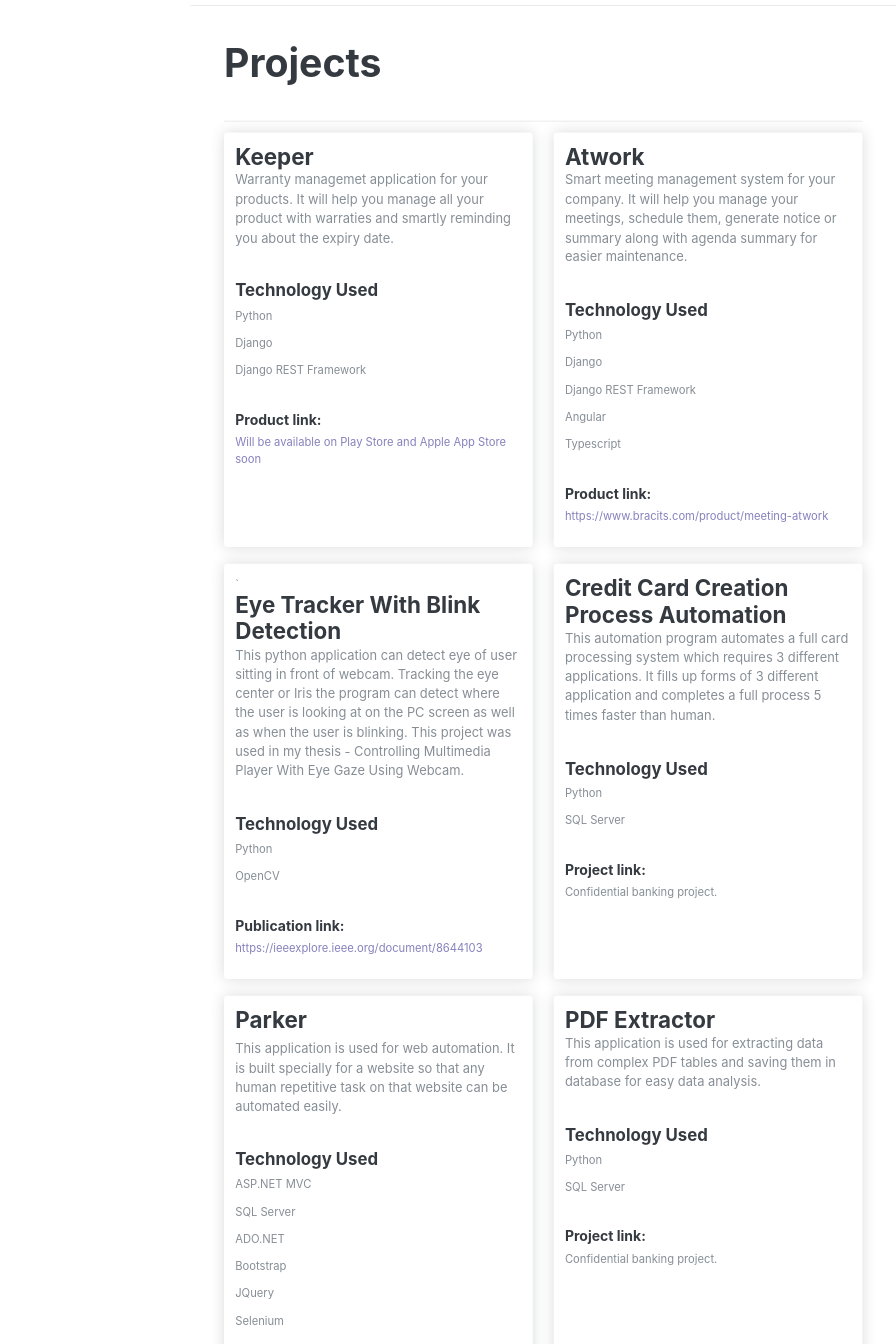
Repository: xahin96/xahin96.github.io
Page: index.html
An editor plug-in stored every save of this project. The page is shown before and after the next save, followed by the edit.
The browser window is 1280 px wide. The pictures show the part of the page from y = 3408 to 5328 px (the page is 5499 px tall before and 5515 px after), at 70% of full size.
Some web fonts or font styles are not loaded; a fallback is used.

Above is the page before, as saved 2024-04-27 12:49:48.

After the next save:
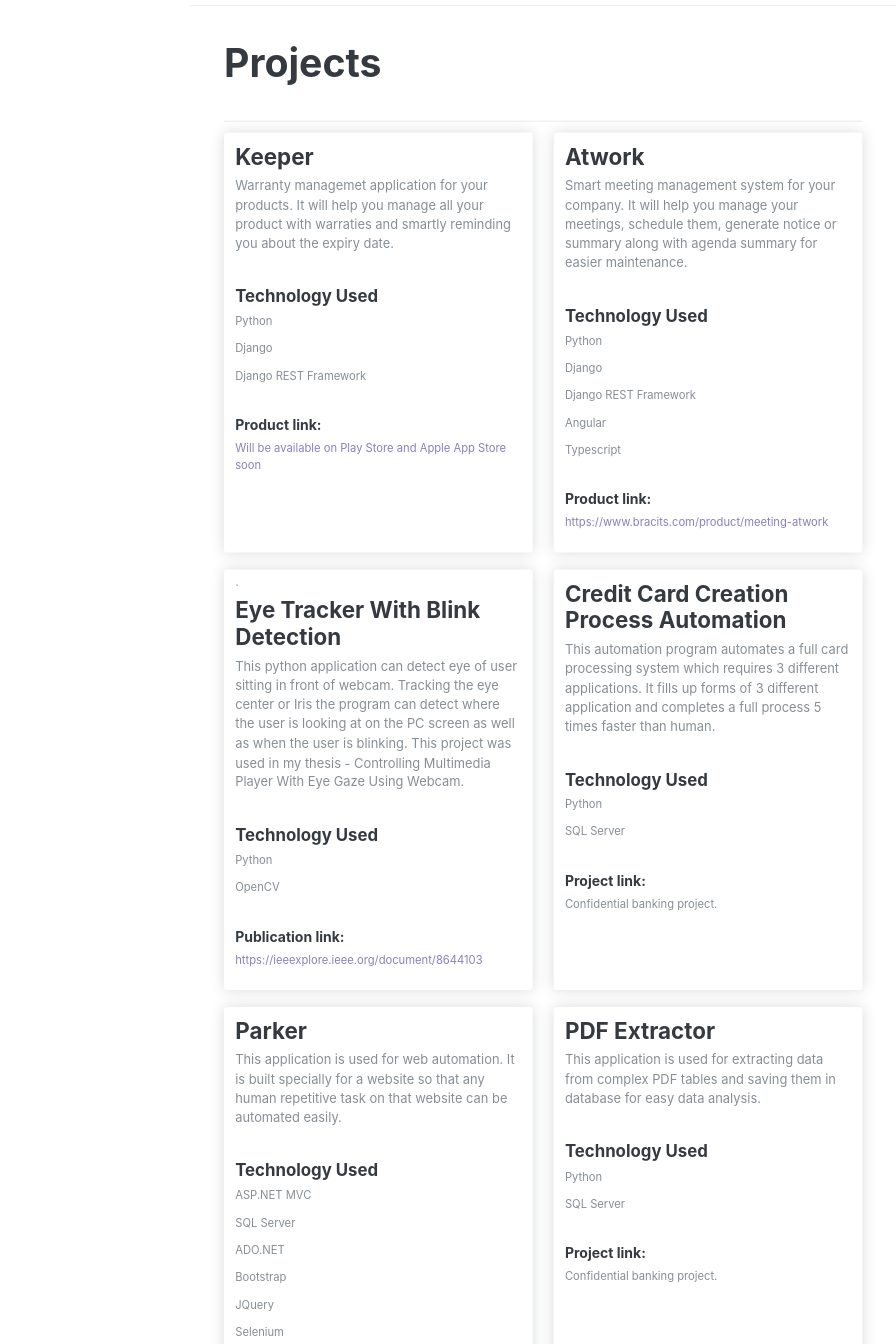
Saved 57 s later.
--- a/index.html
+++ b/index.html
@@ -296,7 +296,7 @@
             <div class="card p-3">
               <!-- <img class="mb-4" class="card-img-top" src="https://picsum.photos/id/237/200/300" alt="Card image cap"> -->
               <div style="background-color:rgb(255, 255, 255)">
-                <h3 class="mb-0">Keeper</h3>
+                <h3 class="mb-2">Keeper</h3>
                 <p class="lead mb-5">
                     Warranty managemet application for your products. It will help you manage all your product with warraties and smartly reminding you about the expiry date.
                 </p>
@@ -313,7 +313,7 @@
             <div class="card p-3">
               <!-- <img class="mb-4" class="card-img-top" src="https://picsum.photos/id/237/200/300" alt="Card image cap"> -->
               <div style="background-color:rgb(255, 255, 255)">
-                <h3 class="mb-0">Atwork</h3>
+                <h3 class="mb-2">Atwork</h3>
                 <p class="lead mb-5">
                     Smart meeting management system for your company. It will help you manage your meetings, schedule them, generate notice or summary along with agenda summary for
                     easier maintenance.
@@ -333,7 +333,7 @@
             <div class="card p-3">`
               <!-- <img class="mb-4" class="card-img-top" src="https://picsum.photos/id/237/200/300" alt="Card image cap"> -->
               <div style="background-color:rgb(255, 255, 255)">
-                <h3 class="mb-0">Eye Tracker With Blink Detection</h3>
+                <h3 class="mb-2">Eye Tracker With Blink Detection</h3>
                 <p class="lead mb-5">
                     This python application can detect eye of user sitting in front of webcam. Tracking the eye center or Iris the program
                     can detect where the user is looking at on the PC screen as well as when the user is blinking. This project was used in
@@ -350,7 +350,7 @@
           <div class="col-sm-12 col-md-6 mb-4">
             <div class="card p-3">
               <div style="background-color:rgb(255, 255, 255)">
-                <h3 class="mb-0">Credit Card Creation Process Automation</h3>
+                <h3 class="mb-2">Credit Card Creation Process Automation</h3>
                 <p class="lead mb-5">
                   This automation program automates a full card processing system which requires 3 different applications.
                   It fills up forms of 3 different application and completes a full process 5 times faster than human.
@@ -385,7 +385,7 @@
           <div class="col-sm-12 col-md-6 mb-4">
             <div class="card p-3">
               <div style="background-color:rgb(255, 255, 255)">
-                <h3 class="mb-0">PDF Extractor</h3>
+                <h3 class="mb-2">PDF Extractor</h3>
                 <p class="lead mb-5">
                   This application is used for extracting data from complex PDF tables and saving them in database for easy data analysis.
                 </p>
